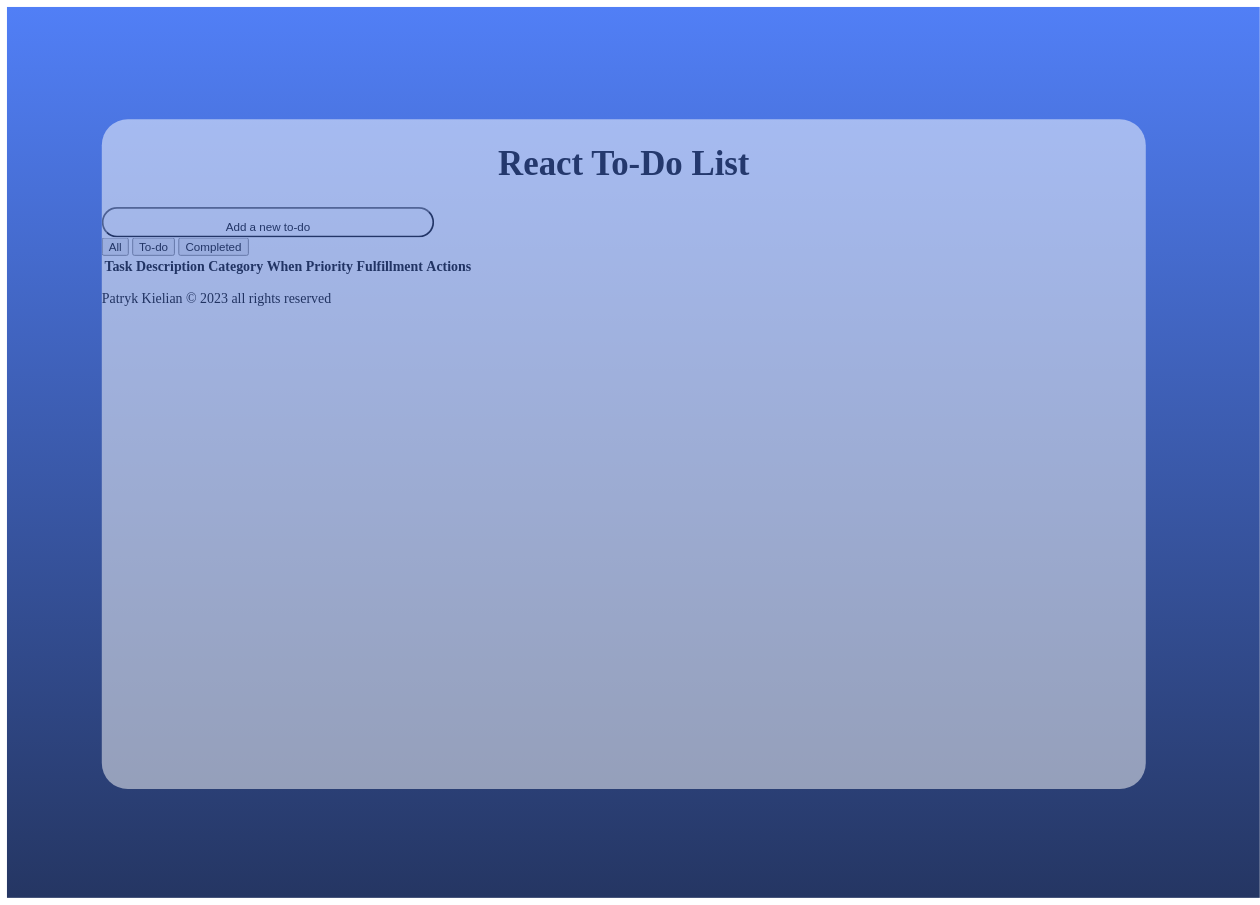
Repository: mirajane2/maquette-todo
Page: index.html
An editor plug-in stored every save of this project. The page is shown before and after the next save, followed by the edit.
The browser window is 1280 px wide. The page is 1448 px wide, so the pictures cover 1448 px, including what lies to the right of the window. The pictures show the whole page, at 87% of full size.

Above is the page before, as saved 2024-11-13 09:06:47.

After the next save:
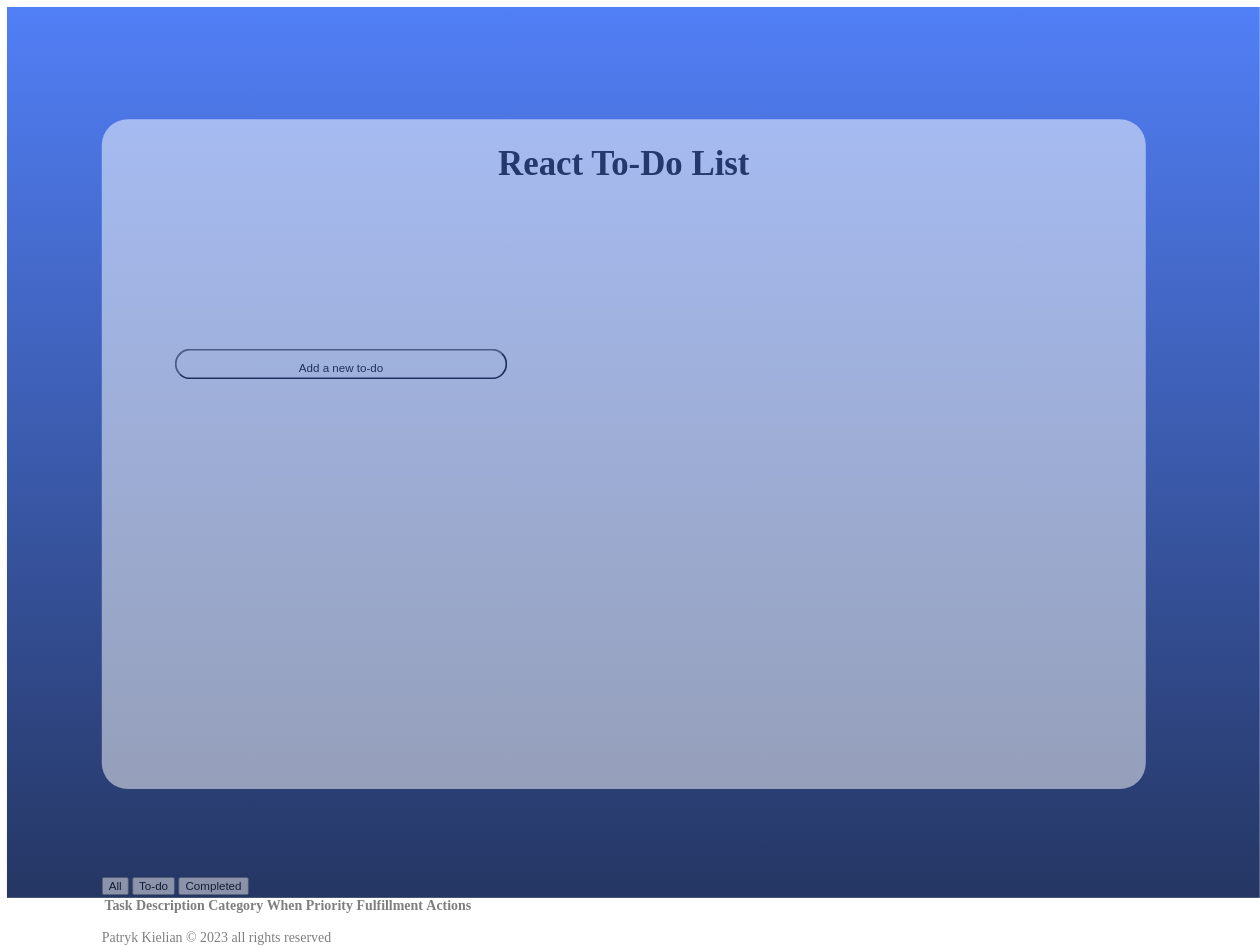
Saved 5 s later.
--- a/index.css
+++ b/index.css
@@ -31,5 +31,5 @@
     width: 382px;
     height: 35px;
     padding : 13px 34px 12px 34px;
-    /*margin : 163px 734px 572px 84px;*/
+    margin : 163px 734px 572px 84px;
 }

After the save that followed:
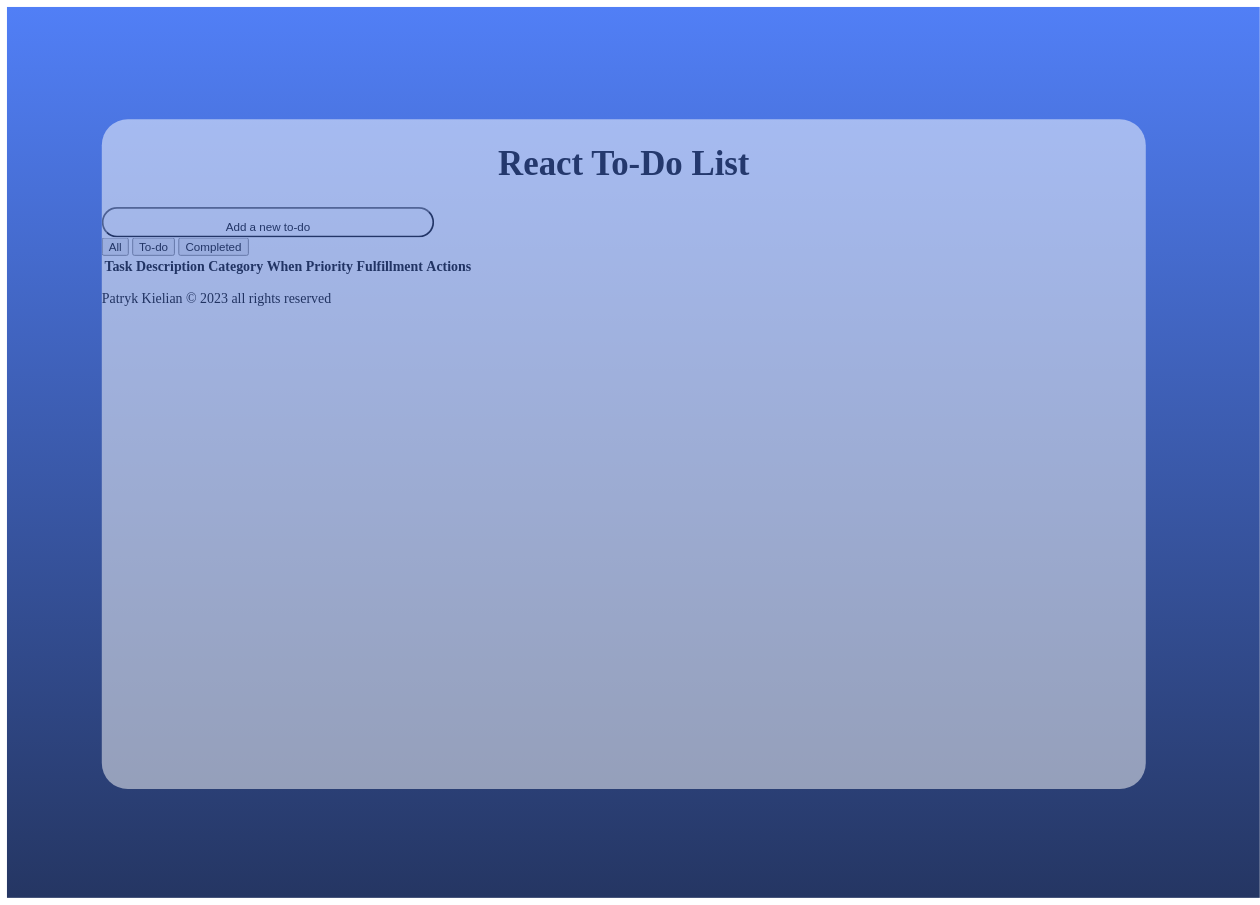
Saved 10 s later.
--- a/index.css
+++ b/index.css
@@ -31,5 +31,4 @@
     width: 382px;
     height: 35px;
     padding : 13px 34px 12px 34px;
-    margin : 163px 734px 572px 84px;
 }
